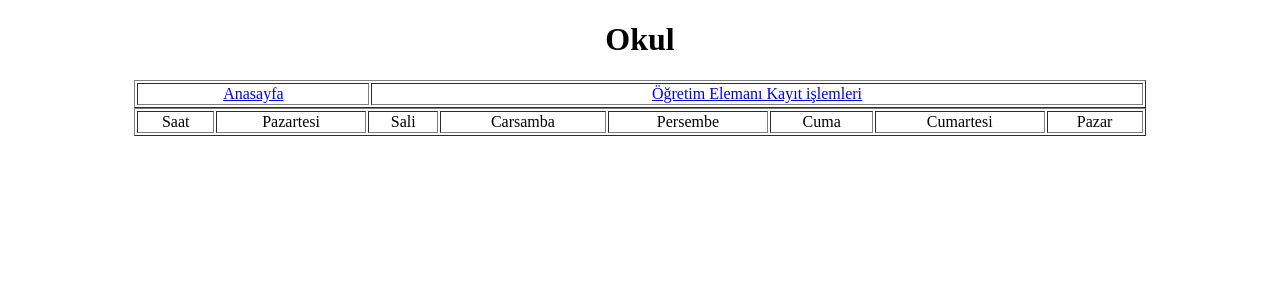
Repository: Egemen-ve-Burakhan-internet-final/final
Page: http://localhost/ogretim/
The author's editor kept a copy of each file at every save. The page is drawn from the files as they stood at one save, then again after the next save.
The browser window is 1280 px wide. The pictures show the whole page.
The page is served by Tomcat 9. Other server files are loaded and not shown. Queries for data that is not in the repository find no rows.

Above is the page before, as saved 2020-05-30 13:55:46.

### okul/ogretim/WebContent/index.jsp
<%@ page language="java" contentType="text/html; charset=UTF-8"
    pageEncoding="UTF-8"%>
   <%@ page import="java.sql.DriverManager"%>
   <%@ page import="java.sql.ResultSet"%>
   <%@ page import="java.sql.Statement"%>
   <%@ page import="java.sql.Connection"%>
<!DOCTYPE html>
<html>
	<head>
		<title>Ana Sayfa</title>
	</head>
	<body>
            <%
                Connection connection = DriverManager.getConnection(
                "jdbc:sqlserver://localhost:1433;databaseName=okuldb;integratedSecurity=true;");

            Statement statement1 = connection.createStatement();
            Statement statement2 = connection.createStatement();
            Statement statement3 = connection.createStatement();
            Statement statement4 = connection.createStatement();
            Statement statement5 = connection.createStatement();
            Statement statement6 = connection.createStatement();
            Statement statement7 = connection.createStatement();
            Statement statement8 = connection.createStatement();
            Statement statement9 = connection.createStatement();
            Statement statement10 = connection.createStatement();
            Statement statement11 = connection.createStatement();
            Statement statement12 = connection.createStatement();

            ResultSet resultset1 = statement1.executeQuery("select * from dersler where ders_id=1 and dolu =1");
            ResultSet resultset2 = statement2.executeQuery("select * from dersler where ders_id=2 and dolu =1");
            ResultSet resultset3 = statement3.executeQuery("select * from dersler where ders_id=3 and dolu =1");
            ResultSet resultset4 = statement4.executeQuery("select * from dersler where ders_id=4 and dolu =1");
            ResultSet resultset5 = statement5.executeQuery("select * from dersler where ders_id=5 and dolu =1");
            ResultSet resultset6 = statement6.executeQuery("select * from dersler where ders_id=6 and dolu =1");
            ResultSet resultset7 = statement7.executeQuery("select * from dersler where ders_id=7 and dolu =1");
            ResultSet resultset8 = statement8.executeQuery("select * from dersler where ders_id=8 and dolu =1");
            ResultSet resultset9 = statement9.executeQuery("select * from dersler where ders_id=9 and dolu =1");
            ResultSet resultset10= statement10.executeQuery("select * from dersler where ders_id=10 and dolu =1");
            ResultSet resultset11= statement11.executeQuery("select * from dersler where ders_id=11 and dolu =1");
            ResultSet resultset12= statement12.executeQuery("select * from dersler where ders_id=12 and dolu =1");

            Statement statement13 = connection.createStatement();
            Statement statement14 = connection.createStatement();
            Statement statement15 = connection.createStatement();
            Statement statement16 = connection.createStatement();
            Statement statement17 = connection.createStatement();
            Statement statement18 = connection.createStatement();
            Statement statement19 = connection.createStatement();
            Statement statement20 = connection.createStatement();
            Statement statement21 = connection.createStatement();
            Statement statement22 = connection.createStatement();
            Statement statement23 = connection.createStatement();
            Statement statement24 = connection.createStatement();

            ResultSet ogr1 = statement13.executeQuery("select * from ogretmen_kayit where ders_secim = 1");
            ResultSet ogr2 = statement14.executeQuery("select * from ogretmen_kayit where ders_secim = 2");
            ResultSet ogr3 = statement15.executeQuery("select * from ogretmen_kayit where ders_secim = 3");
            ResultSet ogr4 = statement16.executeQuery("select * from ogretmen_kayit where ders_secim = 4");
            ResultSet ogr5 = statement17.executeQuery("select * from ogretmen_kayit where ders_secim = 5");
            ResultSet ogr6 = statement18.executeQuery("select * from ogretmen_kayit where ders_secim = 6");
            ResultSet ogr7 = statement19.executeQuery("select * from ogretmen_kayit where ders_secim = 7");
            ResultSet ogr8 = statement20.executeQuery("select * from ogretmen_kayit where ders_secim = 8");
            ResultSet ogr9 = statement21.executeQuery("select * from ogretmen_kayit where ders_secim = 9");
            ResultSet ogr10 = statement22.executeQuery("select * from ogretmen_kayit where ders_secim = 10");
            ResultSet ogr11 = statement23.executeQuery("select * from ogretmen_kayit where ders_secim = 11");
            ResultSet ogr12 = statement24.executeQuery("select * from ogretmen_kayit where ders_secim = 12");

            %>

		    <div>

				<div>
					<h1 style="text-align:center">Okul</h1>
				</div>

				<div>
					<table border=1px; width="80%" align= center>
						<tr>
							<td style="text-align:center"><a href="index.jsp">Anasayfa</a></td>
							<td style="text-align:center"><a href="ogretmen_kayit.jsp">Öğretim Elemanı Kayıt işlemleri</a></td>
						</tr>
					</table>
				</div>

				<div>

					<table border = 1px; align = center width=80% style="text-align:center">

					  <tr>
						<td>Saat</td>
						<td>Pazartesi</td>
						<td>Sali</td>
						<td>Carsamba</td>
						<td>Persembe</td>
						<td>Cuma</td>
						<td>Cumartesi</td>
						<td>Pazar</td>
					  </tr>
			            <% while(resultset1.next()){ %>
			            <% while(resultset2.next()){ %>
			            <% while(resultset3.next()){ %>
			            <% while(resultset4.next()){ %>
			            <% while(resultset5.next()){ %>
			            <% while(resultset6.next()){ %>
			            <% while(resultset7.next()){ %>
			            <% while(resultset8.next()){ %>
			            <% while(resultset9.next()){ %>
			            <% while(resultset10.next()){ %>
			            <% while(resultset11.next()){ %>
			            <% while(resultset12.next()){ %>

			            <% while(ogr1.next()){ %>
			            <% while(ogr2.next()){ %>
			            <% while(ogr3.next()){ %>
			            <% while(ogr4.next()){ %>
			            <% while(ogr5.next()){ %>
			            <% while(ogr6.next()){ %>
			            <% while(ogr7.next()){ %>
			            <% while(ogr8.next()){ %>
			            <% while(ogr9.next()){ %>
			            <% while(ogr10.next()){ %>
			            <% while(ogr11.next()){ %>
			            <% while(ogr12.next()){ %>
			           <tr>
			            	<td> 9:00 - 9:45 </td>
			            	<td> <%= resultset1.getString("ders_adi") %> <br> (<%= ogr1.getString("ogretmen_unvan") %> <%= ogr1.getString("ogretmen_adi") %>) </td>
			            	<td> <%= resultset5.getString("ders_adi") %> <br> (<%= ogr5.getString("ogretmen_unvan") %> <%= ogr5.getString("ogretmen_adi") %>) </td>
			                <td> <%= resultset9.getString("ders_adi") %> <br> (<%= ogr9.getString("ogretmen_unvan") %> <%= ogr9.getString("ogretmen_adi") %>) </td>
			                <td> <%= resultset1.getString("ders_adi") %> <br> (<%= ogr1.getString("ogretmen_unvan") %> <%= ogr1.getString("ogretmen_adi") %>) </td>
			                <td> <%= resultset9.getString("ders_adi") %> <br> (<%= ogr9.getString("ogretmen_unvan") %> <%= ogr9.getString("ogretmen_adi") %>) </td>

			           </tr>

			           <tr>
			                <td> 10:00 - 10:45 </td>
			            	<td> <%= resultset1.getString("ders_adi") %> <br> (<%= ogr1.getString("ogretmen_unvan") %> <%= ogr1.getString("ogretmen_adi") %>) </td>
			            	<td> <%= resultset5.getString("ders_adi") %> <br> (<%= ogr5.getString("ogretmen_unvan") %> <%= ogr5.getString("ogretmen_adi") %>) </td>
			                <td> <%= resultset9.getString("ders_adi") %> <br> (<%= ogr9.getString("ogretmen_unvan") %> <%= ogr9.getString("ogretmen_adi") %>) </td>
			                <td> <%= resultset1.getString("ders_adi") %> <br> (<%= ogr1.getString("ogretmen_unvan") %> <%= ogr1.getString("ogretmen_adi") %>) </td>
			                <td> <%= resultset9.getString("ders_adi") %> <br> (<%= ogr9.getString("ogretmen_unvan") %> <%= ogr9.getString("ogretmen_adi") %>) </td>
			           </tr>

			           <tr>
			            	<td> 11:00 - 11:45 </td>
			            	<td> <%= resultset2.getString("ders_adi") %> <br> (<%= ogr2.getString("ogretmen_unvan") %> <%= ogr2.getString("ogretmen_adi") %>) </td>
			            	<td> <%= resultset6.getString("ders_adi") %> <br> (<%= ogr6.getString("ogretmen_unvan") %> <%= ogr6.getString("ogretmen_adi") %>) </td>
                            <td> <%= resultset3.getString("ders_adi") %> <br> (<%= ogr3.getString("ogretmen_unvan") %> <%= ogr3.getString("ogretmen_adi") %>) </td>
			            	<td> <%= resultset9.getString("ders_adi") %> <br> (<%= ogr9.getString("ogretmen_unvan") %> <%= ogr9.getString("ogretmen_adi") %>) </td>
			            	<td> <%= resultset6.getString("ders_adi") %> <br> (<%= ogr6.getString("ogretmen_unvan") %> <%= ogr6.getString("ogretmen_adi") %>) </td>

			           </tr>
			           <tr>
			                <td> 11:55 - 12:40 </td>
			            	<td> <%= resultset2.getString("ders_adi") %> <br> (<%= ogr2.getString("ogretmen_unvan") %> <%= ogr2.getString("ogretmen_adi") %>) </td>
			            	<td> <%= resultset6.getString("ders_adi") %> <br> (<%= ogr6.getString("ogretmen_unvan") %> <%= ogr6.getString("ogretmen_adi") %>) </td>
                            <td> <%= resultset3.getString("ders_adi") %> <br> (<%= ogr3.getString("ogretmen_unvan") %> <%= ogr3.getString("ogretmen_adi") %>) </td>
			            	<td> <%= resultset9.getString("ders_adi") %> <br> (<%= ogr9.getString("ogretmen_unvan") %> <%= ogr9.getString("ogretmen_adi") %>) </td>
			            	<td> <%= resultset6.getString("ders_adi") %> <br> (<%= ogr6.getString("ogretmen_unvan") %> <%= ogr6.getString("ogretmen_adi") %>) </td>
			           </tr>

			           <tr>
			                <td colspan = "6"> ÖĞLEN ARASI </td>
			           </tr>

			           <tr>
			            	<td> 13:25 - 14:10 </td>
			            	<td> <%= resultset3.getString("ders_adi") %> <br> (<%= ogr3.getString("ogretmen_unvan") %> <%= ogr3.getString("ogretmen_adi") %>) </td>
			            	<td> <%= resultset8.getString("ders_adi") %> <br> (<%= ogr8.getString("ogretmen_unvan") %> <%= ogr8.getString("ogretmen_adi") %>) </td>
			            	<td> <%= resultset8.getString("ders_adi") %> <br> (<%= ogr8.getString("ogretmen_unvan") %> <%= ogr8.getString("ogretmen_adi") %>) </td>
			            	<td> <%= resultset11.getString("ders_adi") %> <br>(<%= ogr11.getString("ogretmen_unvan") %> <%= ogr11.getString("ogretmen_adi") %>) </td>
			            	<td> <%= resultset1.getString("ders_adi") %> <br> (<%= ogr1.getString("ogretmen_unvan") %> <%= ogr1.getString("ogretmen_adi") %>) </td>
			           </tr>
			           <tr>
			                <td> 14:25 - 15:10 </td>
			            	<td> <%= resultset3.getString("ders_adi") %> <br> (<%= ogr3.getString("ogretmen_unvan") %> <%= ogr3.getString("ogretmen_adi") %>) </td>
			            	<td> <%= resultset8.getString("ders_adi") %> <br> (<%= ogr8.getString("ogretmen_unvan") %> <%= ogr8.getString("ogretmen_adi") %>) </td>
			            	<td> <%= resultset8.getString("ders_adi") %> <br> (<%= ogr8.getString("ogretmen_unvan") %> <%= ogr8.getString("ogretmen_adi") %>) </td>
			            	<td> <%= resultset11.getString("ders_adi") %> <br>(<%= ogr11.getString("ogretmen_unvan") %> <%= ogr11.getString("ogretmen_adi") %>) </td>
			            	<td> <%= resultset1.getString("ders_adi") %> <br> (<%= ogr1.getString("ogretmen_unvan") %> <%= ogr1.getString("ogretmen_adi") %>) </td>
			           </tr>

			           <tr>
			            	<td> 15:25 - 16:10 </td>
			            	<td> <%= resultset4.getString("ders_adi") %> <br> (<%= ogr4.getString("ogretmen_unvan") %> <%= ogr4.getString("ogretmen_adi") %>) </td>
			            	<td> <%= resultset2.getString("ders_adi") %> <br> (<%= ogr2.getString("ogretmen_unvan") %> <%= ogr2.getString("ogretmen_adi") %>) </td>
			            	<td> <%= resultset7.getString("ders_adi") %> <br> (<%= ogr7.getString("ogretmen_unvan") %> <%= ogr7.getString("ogretmen_adi") %>) </td>
			            	<td> <%= resultset12.getString("ders_adi") %> <br>(<%= ogr12.getString("ogretmen_unvan") %> <%= ogr12.getString("ogretmen_adi") %>) </td>
			            	<td> <%= resultset7.getString("ders_adi") %> <br> (<%= ogr7.getString("ogretmen_unvan") %> <%= ogr7.getString("ogretmen_adi") %>) </td>
			           </tr>
			           <tr>
			                <td> 16:20 - 17:05 </td>
			            	<td> <%= resultset4.getString("ders_adi") %> <br> (<%= ogr4.getString("ogretmen_unvan") %> <%= ogr4.getString("ogretmen_adi") %>) </td>
			            	<td> <%= resultset2.getString("ders_adi") %> <br> (<%= ogr2.getString("ogretmen_unvan") %> <%= ogr2.getString("ogretmen_adi") %>) </td>
			            	<td> <%= resultset7.getString("ders_adi") %> <br> (<%= ogr7.getString("ogretmen_unvan") %> <%= ogr7.getString("ogretmen_adi") %>) </td>
			            	<td> <%= resultset10.getString("ders_adi") %> <br>(<%= ogr10.getString("ogretmen_unvan") %> <%= ogr10.getString("ogretmen_adi") %>) </td>
			            	<td> <%= resultset7.getString("ders_adi") %> <br> (<%= ogr7.getString("ogretmen_unvan") %> <%= ogr7.getString("ogretmen_adi") %>) </td>

			           </tr>
			        <% }
			       	   }
			           }
			           }
			           }
			           }
			           }
			           }
			           }
			           }
			           }
			           }

			           }
			       	   }
			           }
			           }
			           }
			           }
			           }
			           }
			           }
			           }
			           }
			           } %>
					</table>
			    </div>

		    </div>
    </body>
</html>

After the next save:
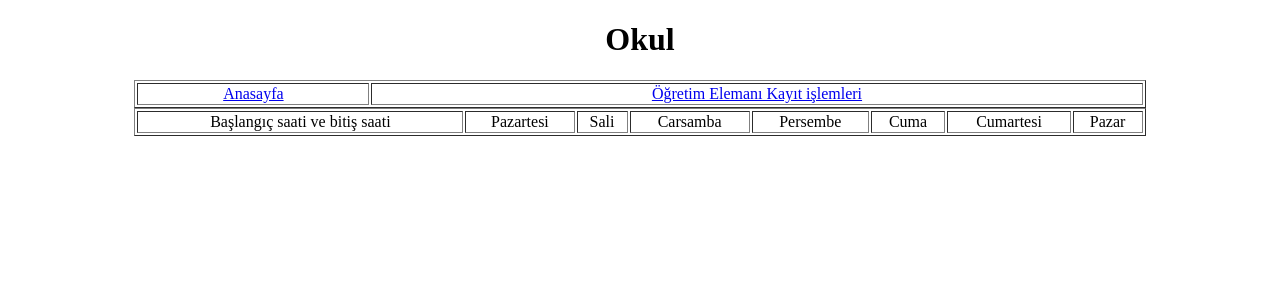
Saved 36 s later.
--- a/okul/ogretim/WebContent/index.jsp
+++ b/okul/ogretim/WebContent/index.jsp
@@ -88,7 +88,7 @@
 					<table border = 1px; align = center width=80% style="text-align:center">
 
 					  <tr>
-						<td>Saat</td>
+						<td>Başlangıç saati ve bitiş saati</td>
 						<td>Pazartesi</td>
 						<td>Sali</td>
 						<td>Carsamba</td>
